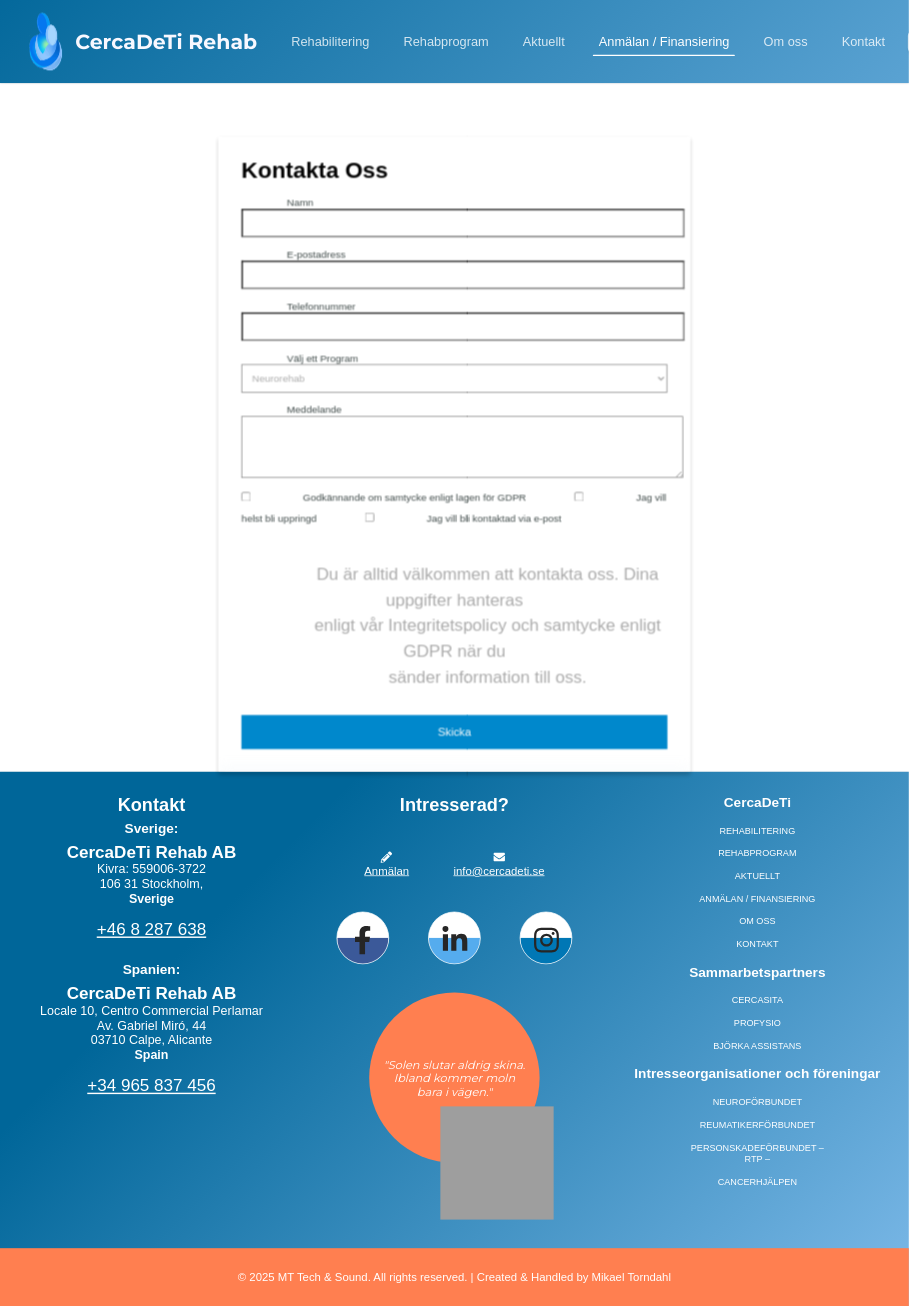
Repository: micketorndahl/CercaDeTi-rehab
Page: anmalan-form.html
These files come from the project's save history. The page is drawn as it stood at one moment and after the next save; the edit follows.
The browser window is 1280 px wide. The pictures show the whole page, at 71% of full size.
Pictures or frames that could not be fetched are drawn as grey boxes. The page's requests for data from a server got no answer. Some web fonts or font styles are not loaded; a fallback is used. Some web libraries are served in a nearby version.

Above is the page before, as saved 2025-02-01 18:39:03.
Console error: TypeError: Cannot read properties of null (reading 'addEventListener')

### anmalan-form.html
<!DOCTYPE html>
<html lang="en">
  <head>
    <meta charset="UTF-8" />
    <meta name="viewport" content="width=device-width, initial-scale=1.0" />

    <link
      rel="stylesheet"
      href="https://use.fontawesome.com/releases/v5.6.3/css/all.css"
      integrity="sha384-UHRtZLI+pbxtHCWp1t77Bi1L4ZtiqrqD80Kn4Z8NTSRyMA2Fd33n5dQ8lWUE00s/"
      crossorigin="anonymous"
    />

    <script src="https://cdnjs.cloudflare.com/ajax/libs/font-awesome/5.15.4/js/all.min.js"></script>

    <link rel="stylesheet" href="style.css" />
    <link rel="stylesheet" href="tailwind.css" />
    <title>CercaDeTi Rehab</title>
  </head>
  <body>
    <div class="site-container">
      <header class="header">
        <div class="logo-wrapper">
          <div class="logo">
            <div class="logo-and-text">
              <a href="index.html">
                <img src="/images/cropped-CDTR.gif" alt="Logo" />
                <h1 class="cercadeti">CercaDeTi Rehab</h1>
              </a>
            </div>
          </div>
        </div>

        <nav class="main-nav">
          <div class="nav-container">
            <ul>
              <li>
                <a href="rehabilitering.html">Rehabilitering</a>
              </li>
              <li><a href="rehabprogram.html">Rehabprogram</a></li>
              <li><a href="aktuellt.html">Aktuellt</a></li>
              <li>
                <a href="anmalan-finans.html" class="active"
                  >Anmälan / Finansiering</a
                >
              </li>
              <li><a href="om-oss.html">Om oss</a></li>
              <li><a href="kontakt.html">Kontakt</a></li>
            </ul>
          </div>
        </nav>

        <div class="social-container">
          <div class="social">
            <ul>
              <li>
                <a href="https://www.facebook.com/CercadetiRehab/"
                  ><i class="fab fa-facebook-f icon"></i
                ></a>
              </li>
              <li>
                <a href="https://www.linkedin.com/company/cercadeti-rehab-ab"
                  ><i class="fab fa-linkedin-in icon"></i
                ></a>
              </li>
              <li>
                <a href="https://www.instagram.com/cercadetirehab/"
                  ><i class="fab fa-instagram icon"></i
                ></a>
              </li>
            </ul>
          </div>
        </div>
      </header>

      <div class="content">
        <div class="form-container">
          <form class="contact-form">
            <h2>Kontakta Oss</h2>

            <label for="name">Namn</label>
            <input type="text" id="name" name="name" required />

            <label for="email">E-postadress</label>
            <input type="email" id="email" name="email" required />

            <label for="phone">Telefonnummer</label>
            <input type="tel" id="phone" name="phone" required />

            <label for="program">Välj ett Program</label>
            <select id="program" name="program" required>
              <option value="neurorehab">Neurorehab</option>
              <option value="reumarehab">Reumarehab</option>
              <option value="cancerrehab">Cancerrehab</option>
              <option value="stressrehab">Stressrehab</option>
              <option value="närståendeprogram">Närståendeprogram</option>
            </select>

            <label for="message">Meddelande</label>
            <textarea id="message" name="message" rows="4" required></textarea>

            <div class="checkbox-container">
              <input type="checkbox" id="gdpr" name="gdpr" required />
              <label for="gdpr"
                >Godkännande om samtycke enligt lagen för GDPR</label
              >

              <input type="checkbox" id="call" name="call" />
              <label for="call">Jag vill helst bli uppringd</label>

              <input type="checkbox" id="emailContact" name="emailContact" />
              <label for="emailContact"
                >Jag vill bli kontaktad via e-post</label
              >
            </div>

            <p class="info-text">
              Du är alltid välkommen att kontakta oss. Dina uppgifter hanteras
              enligt vår Integritetspolicy och samtycke enligt GDPR när du
              sänder information till oss.
            </p>

            <button type="submit" class="submit-btn">Skicka</button>
          </form>
        </div>
      </div>

      <!-- FOOTER START -->
      <footer class="footer-container">
        <div class="footer-top">
          <div class="footarea1 footer-shared">
            <h3>Kontakt</h3>

            <address class="address-shared address-se">
              <h5>Sverige:</h5>
              <strong
                ><span class="address-company-name"
                  >CercaDeTi Rehab AB</span
                ></strong
              ><br />
              <span class="address-location">Kivra: 559006-3722</span><br />
              <span class="address-city">106 31 Stockholm,</span><br />
              <span class="address-country"
                ><strong>Sverige</strong><br
              /></span>
              <br />
              <span class="telephone"
                ><a href="tel:+468287638">+46 8 287 638</a></span
              >
            </address>

            <div class="address-shared address-es">
              <address>
                <h5>Spanien:</h5>
                <strong
                  ><span class="address-company-name"
                    >CercaDeTi Rehab AB</span
                  > </strong
                ><br />
                <span class="address-location"
                  >Locale 10, Centro Commercial Perlamar</span
                ><br />
                <span class="address-street">Av. Gabriel Miró, 44</span><br />
                <span class="address-city">03710 Calpe, Alicante<br /></span>
                <span class="address-country"
                  ><strong>Spain</strong><br
                /></span>
                <br />
                <span class="telephone"
                  ><a href="tel:+34965837456">+34 965 837 456</a></span
                >
              </address>
            </div>
          </div>
          <div class="footarea2 footer-shared">
            <h3>Intresserad?</h3>
            <div class="footarea2-links">
              <a href=""><i class="fas fa-pencil-alt"></i> Anmälan</a>
              <a href="mailto:info@cercadeti.se"
                ><i class="fas fa-envelope"></i> info@cercadeti.se</a
              >
            </div>
            <div class="social-footer">
              <ul>
                <li>
                  <a href="https://www.facebook.com/CercadetiRehab/">
                    <i class="fab fa-facebook-f icon"></i>
                  </a>
                </li>

                <li>
                  <a href="https://www.linkedin.com/company/cercadeti-rehab-ab"
                    ><i class="fab fa-linkedin-in icon"></i
                  ></a>
                </li>
                <li>
                  <a href="https://www.instagram.com/cercadetirehab/"
                    ><i class="fab fa-instagram icon"></i
                  ></a>
                </li>
              </ul>
            </div>
            <div class="image-container-footer">
              <div class="image-wrapper">
                <p class="footer-quote">
                  "Solen slutar aldrig skina. Ibland kommer moln bara i vägen."
                </p>
                <img src="images/weelchair.icon.png" alt="wheelchair-icon" />
              </div>
            </div>
          </div>
          <div class="footarea3 footer-shared">
            <nav class="footer-nav">
              <div class="link-column1">
                <h4>CercaDeTi</h4>
                <ul>
                  <li><a href="rehabilitering.html">Rehabilitering</a></li>
                  <li><a href="rehabprogram.html">Rehabprogram</a></li>
                  <li><a href="aktuellt.html">Aktuellt</a></li>
                  <li>
                    <a href="anmalan-finans.html">Anmälan / Finansiering</a>
                  </li>
                  <li><a href="om-oss.html">Om oss</a></li>
                  <li><a href="kontakt.html">Kontakt</a></li>
                </ul>
              </div>

              <div class="link-column2">
                <h4>Sammarbetspartners</h4>
                <ul>
                  <li><a href="https://cercasita.com/">Cercasita</a></li>
                  <li><a href="https://profysio.es/">ProFysio</a></li>
                  <li>
                    <a href="https://www.bjorka-assistans.se/"
                      >Björka Assistans</a
                    >
                  </li>
                </ul>
              </div>

              <div class="link-column3">
                <h4>Intresseorganisationer och föreningar</h4>
                <ul>
                  <li><a href="https://neuro.se/">Neuroförbundet</a></li>
                  <li>
                    <a href="https://reumatiker.se/">Reumatikerförbundet</a>
                  </li>
                  <li>
                    <a href="https://rtp.se/">Personskadeförbundet – RTP – </a>
                  </li>
                  <li>
                    <a href="http://www.cancerhjalpen.se/">Cancerhjälpen</a>
                  </li>
                </ul>
              </div>
            </nav>
          </div>
        </div>
        <div class="footer-bottom">
          <div class="copyright">
            &copy; 2025 MT Tech &amp; Sound. All rights reserved. | Created
            &amp; Handled by Mikael Torndahl
          </div>
          <div class="additional-info"></div>
        </div>
      </footer>
      <!-- FOOTER END -->
    </div>
    <!-- SCRIPT SRCS -->
    <script src="js/script.js"></script>
    <script src="js/weather-api.js"></script>
  </body>
</html>

### style.css
@import url("css/reset.css");
@import url("css/standard.css");
@import url("css/variables.css");
@import url("css/typography.css");
@import url("css/layout.css");
@import url("css/navigation.css");
@import url("css/post.css");
@import url("css/footer.css");
@import url("css/searchbox.css");
@import url("css/page-templates.css");
@import url("css/mq-tablet.css");
@import url("css/mq-phone.css");
@import url("css/effects.css");

### css/standard.css
/*
/* STANDARD
*/

html {
  scroll-behavior: smooth;
}

a {
  text-decoration: none;
}

[class*="fa"]:not([class*="fab"]) {
  display: block;
  margin: 0 auto;
  padding: 0.2rem;
}

### css/typography.css
/*
/* HEADLINES
*/

body {
  background-color: var(--white);
  color: var(--gray-paragraph);
  font-style: normal;
}

.content p,
.container-index p {
  font-size: 1.5rem;
  font-weight: 300;
  white-space: pre-wrap;
  text-align: center;
  margin: 0.5rem;
  word-wrap: break-word;
  line-height: 1.5;
}

body,
.content p,
container-index p,
.address-company-name,
address span,
h1,
h2,
h3,
h4,
h5,
h6 {
  font-family: var(--font-secondary), sans-serif;
  margin: 0;
  padding: 0;
}

h1,
h2,
h3,
h4,
h5,
h6 {
  font-weight: bold;
}

h1 {
  font-size: 2rem;
}
h2 {
  font-size: calc(5rem + 1vw);
}

h3 {
  font-size: 1.6rem;
  color: var(--white);
  margin-bottom: 0.5rem;
}
h4 {
  font-size: 1.2rem;
  color: var(--white);
  margin-bottom: 0.5rem;
}
h5 {
  font-size: 1.2rem;
  font-style: normal;
  padding: 0;
}
h6 {
  font-size: 1rem;
}

.banner-content h2 {
  font-family: var(--font-ten), sans-serif;
  font-size: 6rem;
  font-style: bold;
  line-height: 1.2;
  margin-top: 0.5rem;
  color: var(--white);
}

.address-company-name {
  font-size: 1.5rem;
  font-weight: bold;
  font-style: normal;
}

address span {
  font-style: normal;
  font-size: 1.1rem;
  font-weight: 400;
  margin: 0;
  padding: 0;
}

### css/layout.css
/*
/* LAYOUT
*/

.site-container {
  flex: 1;
  display: flex;
  flex-direction: column;
  margin: 0 auto;
  width: 100%;
}

.header {
  background: linear-gradient(
    135deg,
    var(--color-quaternary) 25%,
    var(--color-tertiary) 100%
  );
  background-size: 200% 100%;
  display: flex;
  justify-content: space-between;
  align-items: center;
  margin: 0;
  z-index: 1000;
  width: 100%;
  position: fixed;
  box-shadow: 0 1px 3px rgba(0, 0, 0, 0.1), 0 1px 2px rgba(0, 0, 0, 0.06);
  animation: shineEffect 7s infinite linear;
}

.header > div {
  flex: 1; /* Makes each section take up equal space */
}

.logo-wrapper {
  display: flex;
  flex-direction: row;
  justify-content: center;
  flex-grow: 1;
  flex-shrink: 0;
  position: relative;
  animation: shineEffect 4s ease-in-out infinite;
}

@keyframes shineEffect {
  0% {
    background-position: 0% 50%;
    box-shadow: 0 0 10px var(--background-color-blue);
  }
  50% {
    background-position: 100% 50%;
    box-shadow: 0 0 20px var(--background-color-light-blue);
  }
  100% {
    background-position: 0% 50%;
    box-shadow: 0 0 10px var(--background-color-blue);
  }
}

.logo {
  display: flex;
  flex-direction: row;
  align-items: center;
  padding: 0;
}

.logo img {
  width: 50px;
  height: 85px;
  transition: transform 0.3s ease-in-out, filter 0.3s ease-in-out;
  padding: 0 1rem;
}

.logo img {
  animation: pulse 2.5s infinite;
}

@keyframes pulse {
  0%,
  100% {
    transform: scale(1);
    filter: brightness(1) hue-rotate(0deg) saturate(1);
  }
  50% {
    transform: scale(1.05);
    filter: brightness(1.1) hue-rotate(10deg) saturate(1.3);
  }
}

.logo-and-text {
  display: flex;
  flex-direction: row;
  justify-content: center;
  align-items: center;
  margin: 0;
  padding: 1rem 1.5rem;
}

.logo-and-text a {
  display: flex;
  flex-direction: row;
  align-items: center;
}

h1.cercadeti {
  font-family: var(--font-eight), sans-serif;
  font-size: 1.8rem;
  font-weight: 700;
  color: var(--ghost-white);
  white-space: nowrap;
}

.ctas-container {
  display: flex;
  justify-content: center;
  align-items: center;
}

.button-CTA {
  background-color: var(--color-secondary);
  padding: 1rem 2.6rem;
  border-radius: 3rem;
  box-shadow: rgba(0, 0, 0, 0.1) 0 2px 4px;
  color: #ffffff;
  font-family: Pontano Sans, sans-serif;
  font-size: 1rem;
  font-weight: 500;
  outline: 0;
  text-align: center;
  text-transform: uppercase;
  text-decoration: none;
  margin: 2rem 0.5rem;
  border: 0;
  cursor: pointer;
  transition: all 0.3s ease-in-out;
  position: relative;
  z-index: 1;
  transform-origin: center;
}

/* First button: Transparent effect on hover */
.button-CTA:nth-of-type(1) {
  background-color: var(--color-primary);
}

.button-CTA:nth-of-type(1):hover {
  background-color: rgba(227, 227, 227, 0.1);
  color: white;
  /* Use outline instead of border */
  outline: 1px solid var(--color-primary); /* Or 2px as you prefer */
  outline-offset: -1px; /* Adjust if needed to make outline appear as border */
  box-shadow: rgba(0, 0, 0, 0.2) 0 4px 8px;
  transform: scale(1.05);
}

/* Second button: More vibrant on hover */
.button-CTA:nth-of-type(2) {
  background-color: var(--color-secondary);
}

.button-CTA:nth-of-type(2):hover {
  background-color: #ff5722;
  box-shadow: rgba(0, 0, 0, 0.25) 0 6px 12px;
  /* Scale on hover */
  transform: scale(1.05); /* Adjust scale factor as desired */
}

.button-CTA:active {
  transform: translateY(1px) scale(0.95); /* Scale down slightly on active */
  box-shadow: rgba(0, 0, 0, 0.1) 0 2px 4px;
}

.banner {
  position: relative;
  display: flex;
  flex-direction: column;
  min-height: 100vh;
  background-image: url(../images/banner-index.jpg);
  background-repeat: no-repeat;
  background-size: cover;
  background-attachment: fixed;
  background-position: center top;
  padding-top: 100px;
}

.banner::before {
  content: "";
  position: absolute;
  top: 0;
  left: 0;
  width: 100%;
  height: 60%; /* Only darken the top part */
  background: linear-gradient(to bottom, rgba(0, 0, 0, 0.6), rgba(0, 0, 0, 0));
  z-index: 1;
}

#banner-aktuellt {
  background-image: url(../images/banner-aktuellt.jpg);
}

#banner-anmalan-finans {
  background-image: url(../images/banner-anmalan-finans.jpg);
}

#banner-kontakt {
  background-image: url(../images/rehab10.jpg);
  background-position: center center;
}

#banner-om-oss {
  background-image: url(../images/rehab11.jpg);
  background-position: center center;
}

#banner-rehabilitering {
  background-image: url(../images/banner-rehabilitering.jpg);
}

.banner-content {
  position: relative;
  z-index: 2; /* Ensures the text appears above the dark overlay */
  display: flex;
  flex-direction: column;
  justify-content: space-around;
  align-items: center;
}

.slogan {
  padding: 5rem;
  color: var(--white);
  text-align: center;
}

.content {
  width: 60%;
  margin: 0 auto;
  display: flex;
  align-items: center; /* Vertically center grid items */
  justify-content: center; /* Horizontally align items */
}

.content-3col {
  display: grid;
  grid-template-columns: 1fr 3fr 1fr; /* Left Sidebar - Main Content - Right Sidebar */
  grid-template-rows: auto; /* Allow content to dictate height */
  grid-template-areas: "left main right"; /* Define named grid areas */
}

section.main {
  grid-column:
  display: flex;
  flex-direction: column;
  text-align: center;
  background: var(--white);

}

section.main h2 {
  font-size: 3rem;
  color: var(--text-dark);
}

aside {
  display: flex;
  flex-direction: column;
  justify-content: center;
  align-items: center;
}

aside.sidebar-left {
  grid-column: 1;
  display: flex;
  align-items: center; /* Vertically center content */
  justify-content: center; /* Horizontally center content */
}

aside.sidebar-right {
  grid-column: 3;
  display: flex;
  align-items: center;
  justify-content: center; /* Ensures vertical centering */
}

aside h3 {
  color: var(--text-dark);
}

.form-container {
  background: var(--ghostwhite);
  backdrop-filter: blur(10px);
  margin-top: 12rem;
  padding: 2rem;
  border-radius: var(--border-radius);
  width: 80%;
  max-width: 600px;
  box-shadow: 0 4px 6px rgba(0, 0, 0, 0.2);
  transition: transform 0.3s ease-in-out;
}

.form-container:hover {
  transform: translateY(-10px);

}

.contact-form h2 {
  font-size: 2rem;
  margin-bottom: 20px;
  color: var(--black);
}

label {
  margin: 2rem;
  padding: 2rem;
  font-size: 14px;
  margin-bottom: 5px;
  color: var(--ghostwhite);
}

input, select, textarea {
  width: 100%;
  padding: 10px;
  margin-bottom: 15px;
  border: 1px solid rgba(255, 255, 255,);
  border-radius: var(--border-radius);
  background: var(--ghostwhite);
  color: var(--darkgray);
  font-size: 14px;
  outline: none;
}

input[type="checkbox"] {
  width: auto;
  margin-right: 5px;
}

textarea {
  resize: vertical;
}

.checkbox-container {
  margin-bottom: 5px;
}

.info-text {
  color: var(--darkgray);
  font-size: 12px;

}

.submit-btn {
  background-color: var(--color-primary);
  color: var(--white);
  border: none;
  padding: 15px;
  font-size: 16px;
  width: 100%;
  border-radius: var(--border-radius);
  cursor: pointer;
  transition: background-color 0.3s ease;
}

.submit-btn:hover {
  background-color: darken(var(--color-primary), 10%);
}

### css/navigation.css
/* NAV */

.main-nav {
  display: flex;
  justify-content: center;
  align-items: center;
  padding: 0;
  flex-grow: 0;
  flex-shrink: 0;
}

nav.main-nav ul {
  display: flex;
  margin: 0;
  padding: 0;
}

nav.main-nav ul li {
  list-style: none;
  margin: 0 1rem;
}

.main-nav a {
  position: relative;
  display: inline-block;
  padding: 0.5rem;
  text-decoration: none;
  transition: color 0.2s ease-in-out;
}

nav.main-nav ul li a {
  font-family: var(--font-secondary), sans-serif;
  font-size: 18px;
  font-weight: 400;
  line-height: 1rem;
  /* Slightly darker default color */
  color: var(--dullwhite);
  text-decoration: none;
  transition: all 0.4s ease-in-out;
}

nav.main-nav ul li a:hover {
  color: var(--white); /* Brighter on hover */
}

nav.main-nav ul li a.active {
  color: var(--white); /* Brightest when active */
}

nav.main-nav ul li a.active::after {
  content: "";
  position: absolute;
  left: 0;
  bottom: -4px;
  width: 100%;
  height: 1px; /* Adjusted height here */
  background-color: var(--white);
  border-radius: 2px;
  transition: transform 0.3s ease, background-color 0.3s ease;
}

/* Hover underline that grows from the left */
nav.main-nav ul li a::after {
  content: "";
  position: absolute;
  left: 0;
  bottom: -4px;
  width: 0;
  height: 1px;
  background-color: var(--white);
  border-radius: 2px;
  transition: width 0.6s ease, background-color 0.6s ease;
  opacity: 0;
}

nav.main-nav ul li a:hover::after {
  width: 100%;
  opacity: 1;
  height: 1px;
}

/* Active link styles */
nav.main-nav ul li a.active::after {
  width: 100%;
  height: 2px; /* Adjusted height here */
  opacity: 1;
}

.social-container {
  display: flex;
  justify-content: center;
  align-items: center;
  flex-grow: 1;
  flex-shrink: 1;
}

.social ul {
  display: flex;
  justify-content: space-evenly;
  margin: 0;
}

.social li {
  margin: 0.5rem;
}

.ctas-container {
  display: flex; /* Aligns buttons side by side */
  justify-content: center;
  align-items: center;
}

### css/post.css
/*
/* POST */
/*

### css/searchbox.css
/*
/* SEARCHBOX */
/*

### css/mq-tablet.css
/*
/* MQ-TABLET */
/*

### css/mq-phone.css
/*
/* MQ-PHONE*/
/*

Loaded but not shown: tailwind.css (library); js/script.js (117 lines, source omitted); js/weather-api.js (90 lines, source omitted); css/page-templates.css (379 lines, source omitted); css/reset.css (364 lines, source omitted); css/effects.css (235 lines, source omitted); css/variables.css (74 lines, source omitted); css/footer.css (189 lines, source omitted)

After the next save:
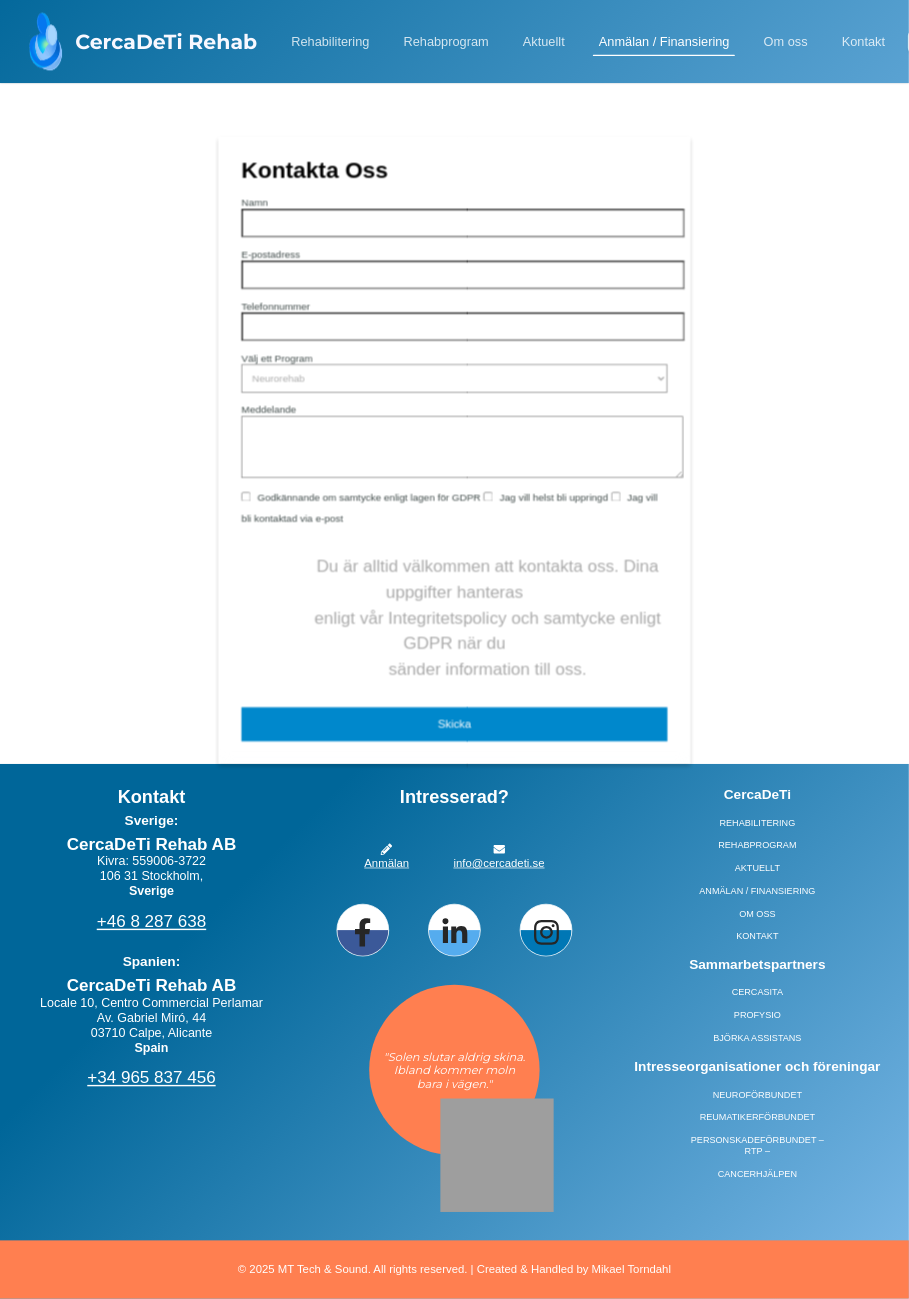
Saved 6 s later.
--- a/css/layout.css
+++ b/css/layout.css
@@ -309,8 +309,6 @@
 }
 
 label {
-  margin: 2rem;
-  padding: 2rem;
   font-size: 14px;
   margin-bottom: 5px;
   color: var(--ghostwhite);
